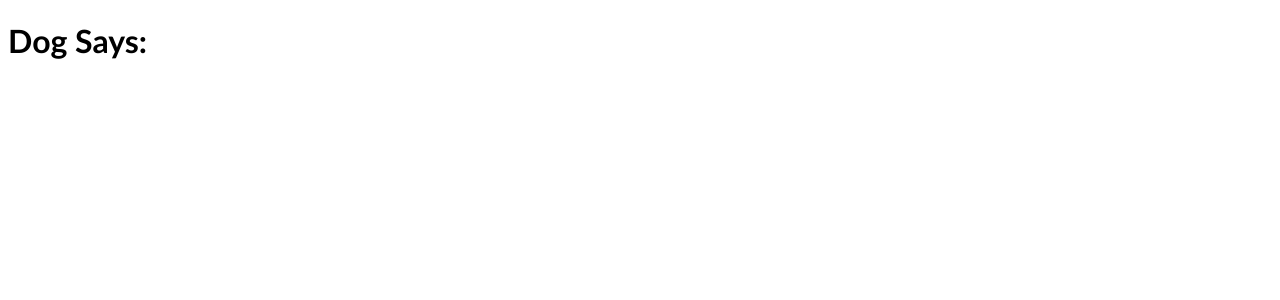
Repository: alexmaddux99/Lab7
Page: index.html
These files come from the project's save history. The page is drawn as it stood at one moment and after the next save; the edit follows.
The browser window is 1280 px wide. The pictures show the whole page.
The page's requests for data from a server got no answer.

Above is the page before, as saved 2022-04-21 14:41:03.

### index.html
<!DOCTYPE html>
<html lang="en">
<head>
    <meta charset="UTF-8">
    <meta http-equiv="X-UA-Compatible" content="IE=edge">
    <meta name="viewport" content="width=device-width, initial-scale=1.0">
    <title>Lab 7</title>
    <link rel="stylesheet" href="css/main.css">
    <script src="js/main.js" defer></script>
</head>
<body>
    <h1>Dog Says:</h1>

    <div id="quote"></div>

    <img id="dog" src="" alt="">

</body>
</html>

### css/main.css
h1{
    font-family: 'Gill Sans', 'Gill Sans MT', Calibri, 'Trebuchet MS', sans-serif;
}

p{
    font-family: 'Courier New', Courier, monospace;
}

### js/main.js
fetch("https://techy-api.vercel.app/api/json")
.then((response) => {
    if (response.ok) {
      return response.json();
    } else {
      throw new Error("NETWORK RESPONSE ERROR");
    }
  })
  .then(data => {
    console.log(data);
    displayMessage(data, "#\quote")
  })

  function displayMessage(data, container){

      const holder = document.querySelector(container);

      const message = data.message;
      const display = document.createElement("p");
      display.innerHTML = message;
      holder.appendChild(display)

  }

fetch("https://dog.ceo/api/breeds/image/random")
.then((response) => {
    if (response.ok) {
      return response.json();
    } else {
      throw new Error("NETWORK RESPONSE ERROR");
    }
})
.then(data => {
    console.log(data);
    const dog = document.getElementById("dog")
    dog.src=data.message
  })

After the next save:
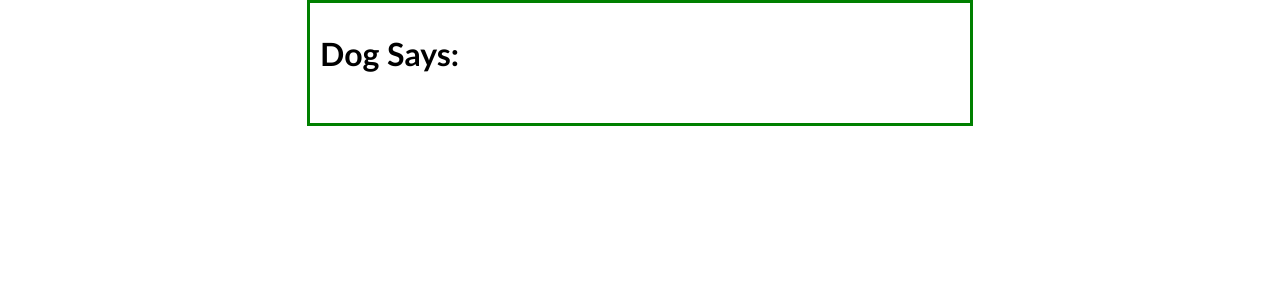
Saved 3 days later.
--- a/css/main.css
+++ b/css/main.css
@@ -5,3 +5,10 @@ h1{
 p{
     font-family: 'Courier New', Courier, monospace;
 }
+
+body{
+    margin: auto;
+  width: 50%;
+  border: 3px solid green;
+  padding: 10px;
+}
